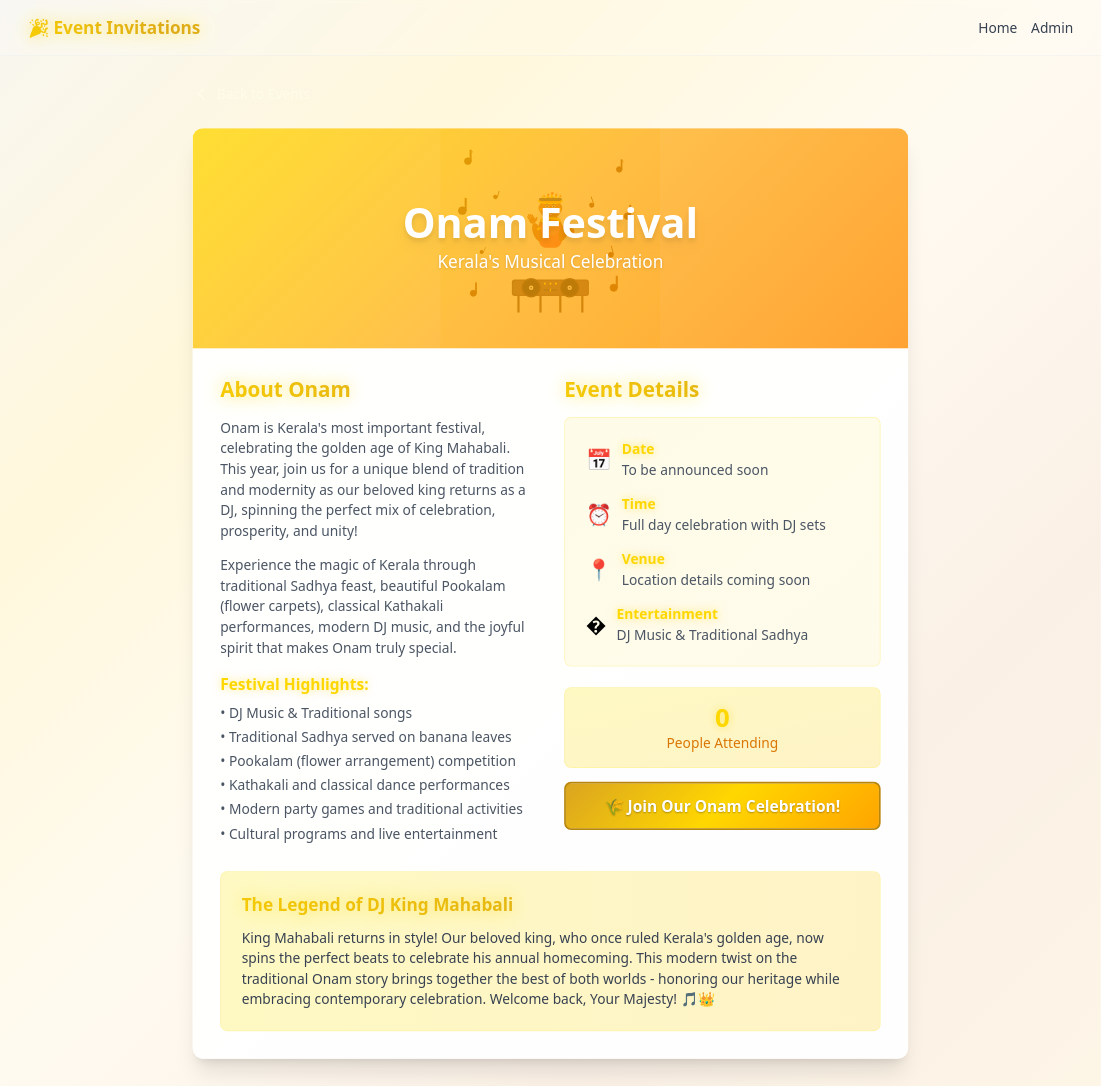
Repository: nanduldas/invitation
Page: http://localhost/event/onam
An editor plug-in stored every save of this project. The page is shown before and after the next save, followed by the edit.
The browser window is 1280 px wide. The pictures show the whole page, at 86% of full size.
Some web libraries are served in a nearby version. The page is served by the project's Laravel application, run on PHP 8.4 with Laravel 12. Other server files are loaded and not shown. Queries for data that is not in the repository find no rows.

Above is the page before, as saved 2025-08-30 13:49:40.

### routes/web.php
<?php

use Illuminate\Support\Facades\Route;
use App\Http\Controllers\EventController;

Route::get('/', [EventController::class, 'index'])->name('home');
Route::get('/event/{event}', [EventController::class, 'show'])->name('event.show');
Route::post('/register', [EventController::class, 'register'])->name('register');
Route::get('/admin/attendees', [EventController::class, 'admin'])->name('admin.attendees');

### app/Http/Controllers/EventController.php
<?php

namespace App\Http\Controllers;

use Illuminate\Http\Request;
use App\Models\Attendee;
use Illuminate\Support\Facades\Validator;

class EventController extends Controller
{
    public function index()
    {
        $haldiCount = Attendee::forEvent('haldi')->count();
        $onamCount = Attendee::forEvent('onam')->count();

        return view('events.index', compact('haldiCount', 'onamCount'));
    }

    public function show($event)
    {
        if (!in_array($event, ['haldi', 'onam'])) {
            abort(404);
        }

        $attendeesCount = Attendee::forEvent($event)->count();

        return view('events.show', compact('event', 'attendeesCount'));
    }

    public function register(Request $request)
    {
        $validator = Validator::make($request->all(), [
            'name' => 'required|string|max:255',
            'phone' => 'required|string|max:20',
            'event' => 'required|in:haldi,onam'
        ]);

        if ($validator->fails()) {
            return response()->json([
                'success' => false,
                'message' => 'Please fill all fields correctly.'
            ], 422);
        }

        // Check if attendee already exists based on phone number
        $existingAttendee = Attendee::where('phone', $request->phone)->first();

        if ($existingAttendee) {
            return response()->json([
                'success' => true,
                'message' => 'You are already on our list, thank you! 🎉',
                'attendee_count' => Attendee::forEvent($request->event)->count()
            ]);
        }

        // Create new attendee
        $attendee = Attendee::create([
            'name' => $request->name,
            'phone' => $request->phone,
            'event' => $request->event
        ]);

        $attendeeCount = Attendee::forEvent($request->event)->count();

        return response()->json([
            'success' => true,
            'message' => "Welcome to our celebration, {$request->name}! 🌟 We're excited to have you join us!",
            'attendee_count' => $attendeeCount
        ]);
    }

    public function admin()
    {
        $haldiAttendees = Attendee::forEvent('haldi')->get();
        $onamAttendees = Attendee::forEvent('onam')->get();

        return view('admin.attendees', compact('haldiAttendees', 'onamAttendees'));
    }
}

### app/Models/Attendee.php
<?php

namespace App\Models;

use Illuminate\Database\Eloquent\Model;

class Attendee extends Model
{
    protected $fillable = [
        'name',
        'phone',
        'event'
    ];

    protected $casts = [
        'event' => 'string'
    ];

    public function scopeForEvent($query, $event)
    {
        return $query->where('event', $event);
    }
}

### resources/views/events/show.blade.php
@extends('layouts.app')

@section('title', ucfirst($event) . ' Event Details')

@section('content')
<div class="max-w-4xl mx-auto px-4 sm:px-6 lg:px-8">
    <!-- Back Button -->
    <div class="mb-6">
        <a href="{{ route('home') }}" class="inline-flex items-center text-yellow-50 hover:text-white transition-colors">
            <svg class="w-5 h-5 mr-2" fill="none" stroke="currentColor" viewBox="0 0 24 24">
                <path stroke-linecap="round" stroke-linejoin="round" stroke-width="2" d="M15 19l-7-7 7-7"></path>
            </svg>
            Back to Events
        </a>
    </div>

    @if($event === 'haldi')
        <!-- Haldi Event Details -->
        <div class="bg-white/95 rounded-xl shadow-xl overflow-hidden">
            <div class="bg-haldi-theme h-64 relative">
                <div class="haldi-overlay h-full flex items-center justify-center">
                    <div class="text-center text-white">
                        <h1 class="text-4xl md:text-5xl font-bold drop-shadow-lg">Haldi Ceremony</h1>
                        <p class="text-xl mt-2 drop-shadow">Golden Sunflower Blessings</p>
                    </div>
                </div>
            </div>

            <div class="p-8">
                <div class="grid md:grid-cols-2 gap-8 mb-8">
                    <div>
                        <h2 class="text-2xl font-bold text-gold-shining mb-4">About the Ceremony</h2>
                        <p class="text-gray-600 mb-4">
                            The Haldi ceremony is one of the most cherished pre-wedding rituals in Indian culture.
                            This beautiful tradition involves applying turmeric paste to the bride and groom,
                            symbolizing purification, protection, and the blessing of a bright future together.
                        </p>
                        <p class="text-gray-600 mb-4">
                            Join us in our enchanting sunflower garden setting for an afternoon filled with golden
                            sunshine, laughter, music, traditional songs, and the warm embrace of family and friends.
                            The golden glow of both turmeric and sunflowers will bless the couple as they prepare
                            for their new journey.
                        </p>

                        <h3 class="text-lg font-semibold text-gold mb-2">What to Expect:</h3>
                        <ul class="text-gray-600 space-y-1">
                            <li>• Traditional turmeric application ceremony</li>
                            <li>• Beautiful sunflower garden decorations</li>
                            <li>• Music and dancing</li>
                            <li>• Delicious Indian snacks and sweets</li>
                            <li>• Photography in the sunflower setting</li>
                            <li>• Warm, festive golden atmosphere</li>
                        </ul>
                    </div>

                    <div>
                        <h2 class="text-2xl font-bold text-gold-shining mb-4">Event Details</h2>
                        <div class="bg-gradient-to-br from-yellow-50 to-amber-50 rounded-lg p-6 space-y-4 border border-yellow-200/50">
                            <div class="flex items-center">
                                <span class="text-2xl mr-3">📅</span>
                                <div>
                                    <div class="font-semibold text-gold">Date</div>
                                    <div class="text-gray-600">03 September 2025</div>
                                </div>
                            </div>
                            <div class="flex items-center">
                                <span class="text-2xl mr-3">⏰</span>
                                <div>
                                    <div class="font-semibold text-gold">Time</div>
                                    <div class="text-gray-600">2PM to 5PM</div>
                                </div>
                            </div>
                            <div class="flex items-center">
                                <span class="text-2xl mr-3">📍</span>
                                <div>
                                    <div class="font-semibold text-gold">Venue</div>
                                <a href="https://maps.app.goo.gl/8pJX4TCWVV1bqgzKA" target="_blank" class="text-gold hover:text-gold-shining underline">View Location on Map</a></p>

                                </div>
                            </div>
                            <div class="flex items-center">
                                <span class="text-2xl mr-3">👗</span>
                                <div>
                                    <div class="font-semibold text-gold">Dress Code</div>
                                    <div class="text-gray-600">Traditional Indian wear preferred (Yellow)</div>
                                </div>
                            </div>
                        </div>

                        <div class="mt-6 text-center">
                            <div class="bg-gradient-to-br from-yellow-100 to-amber-100 rounded-lg p-4 mb-4 border border-yellow-200/50">
                                <div class="text-3xl font-bold text-gold attendee-count" data-event="haldi">{{ $attendeesCount }}</div>
                                <div class="text-amber-600">People Attending</div>
                            </div>
                            <button onclick="openModal('haldi')"
                                    class="w-full px-6 py-3 btn-gold rounded-lg text-lg font-semibold">
                                🎉 I'm Attending This Celebration!
                            </button>
                        </div>
                    </div>
                </div>

                <div class="bg-gradient-to-r from-yellow-100 to-amber-100 rounded-lg p-6 border border-yellow-200/50">
                    <h3 class="text-xl font-bold text-gold-shining mb-3">Traditional Significance</h3>
                    <p class="text-gray-700">
                        Turmeric has been used in Indian ceremonies for thousands of years. It's believed to bring
                        good luck, ward off evil, and promote health and prosperity. The Haldi ceremony is not just
                        a ritual, but a celebration of love, family bonds, and the beginning of a beautiful journey.
                    </p>
                </div>
            </div>
        </div>
    @else
        <!-- Onam Event Details -->
        <div class="bg-white/95 rounded-xl shadow-xl overflow-hidden">
            <div class="bg-onam-theme h-64 relative">
                <div class="onam-overlay h-full flex items-center justify-center">
                    <div class="text-center text-white">
                        <h1 class="text-4xl md:text-5xl font-bold drop-shadow-lg">Onam Festival</h1>
                        <p class="text-xl mt-2 drop-shadow">Kerala's Musical Celebration</p>
                    </div>
                </div>
            </div>

            <div class="p-8">
                <div class="grid md:grid-cols-2 gap-8 mb-8">
                    <div>
                        <h2 class="text-2xl font-bold text-gold-shining mb-4">About Onam</h2>
                        <p class="text-gray-600 mb-4">
                            Onam is Kerala's most important festival, celebrating the golden age of King Mahabali.
                            This year, join us for a unique blend of tradition and modernity as our beloved king
                            returns as a DJ, spinning the perfect mix of celebration, prosperity, and unity!
                        </p>
                        <p class="text-gray-600 mb-4">
                            Experience the magic of Kerala through traditional Sadhya feast, beautiful Pookalam
                            (flower carpets), classical Kathakali performances, modern DJ music, and the
                            joyful spirit that makes Onam truly special.
                        </p>

                        <h3 class="text-lg font-semibold text-gold mb-2">Festival Highlights:</h3>
                        <ul class="text-gray-600 space-y-1">
                            <li>• DJ Music & Traditional songs</li>
                            <li>• Traditional Sadhya served on banana leaves</li>
                            <li>• Pookalam (flower arrangement) competition</li>
                            <li>• Kathakali and classical dance performances</li>
                            <li>• Modern party games and traditional activities</li>
                            <li>• Cultural programs and live entertainment</li>
                        </ul>
                    </div>                    <div>
                        <h2 class="text-2xl font-bold text-gold-shining mb-4">Event Details</h2>
                        <div class="bg-gradient-to-br from-yellow-50 to-amber-50 rounded-lg p-6 space-y-4 border border-yellow-200/50">
                            <div class="flex items-center">
                                <span class="text-2xl mr-3">📅</span>
                                <div>
                                    <div class="font-semibold text-gold">Date</div>
                                    <div class="text-gray-600">To be announced soon</div>
                                </div>
                            </div>
                            <div class="flex items-center">
                                <span class="text-2xl mr-3">⏰</span>
                                <div>
                                    <div class="font-semibold text-gold">Time</div>
                                    <div class="text-gray-600">Full day celebration with DJ sets</div>
                                </div>
                            </div>
                            <div class="flex items-center">
                                <span class="text-2xl mr-3">📍</span>
                                <div>
                                    <div class="font-semibold text-gold">Venue</div>
                                    <div class="text-gray-600">Location details coming soon</div>
                                </div>
                            </div>
                            <div class="flex items-center">
                                <span class="text-2xl mr-3">�</span>
                                <div>
                                    <div class="font-semibold text-gold">Entertainment</div>
                                    <div class="text-gray-600">DJ Music & Traditional Sadhya</div>
                                </div>
                            </div>
                        </div>

                        <div class="mt-6 text-center">
                            <div class="bg-gradient-to-br from-yellow-100 to-amber-100 rounded-lg p-4 mb-4 border border-yellow-200/50">
                                <div class="text-3xl font-bold text-gold attendee-count" data-event="onam">{{ $attendeesCount }}</div>
                                <div class="text-amber-600">People Attending</div>
                            </div>
                            <button onclick="openModal('onam')"
                                    class="w-full px-6 py-3 btn-gold rounded-lg text-lg font-semibold">
                                🌾 Join Our Onam Celebration!
                            </button>
                        </div>
                    </div>
                </div>

                <div class="bg-gradient-to-r from-yellow-100 to-amber-100 rounded-lg p-6 border border-yellow-200/50">
                    <h3 class="text-xl font-bold text-gold-shining mb-3">The Legend of DJ King Mahabali</h3>
                    <p class="text-gray-700">
                        King Mahabali returns in style! Our beloved king, who once ruled Kerala's golden age,
                        now spins the perfect beats to celebrate his annual homecoming. This modern twist on
                        the traditional Onam story brings together the best of both worlds - honoring our
                        heritage while embracing contemporary celebration. Welcome back, Your Majesty! 🎵👑
                    </p>
                </div>
            </div>
        </div>
    @endif
</div>
@endsection

Loaded but not shown: app/Http/Controllers/Controller.php (common file); public/images/onam-dj-mahabali.svg (208 lines, source omitted); resources/views/layouts/app.blade.php (225 lines, source omitted)

After the next save:
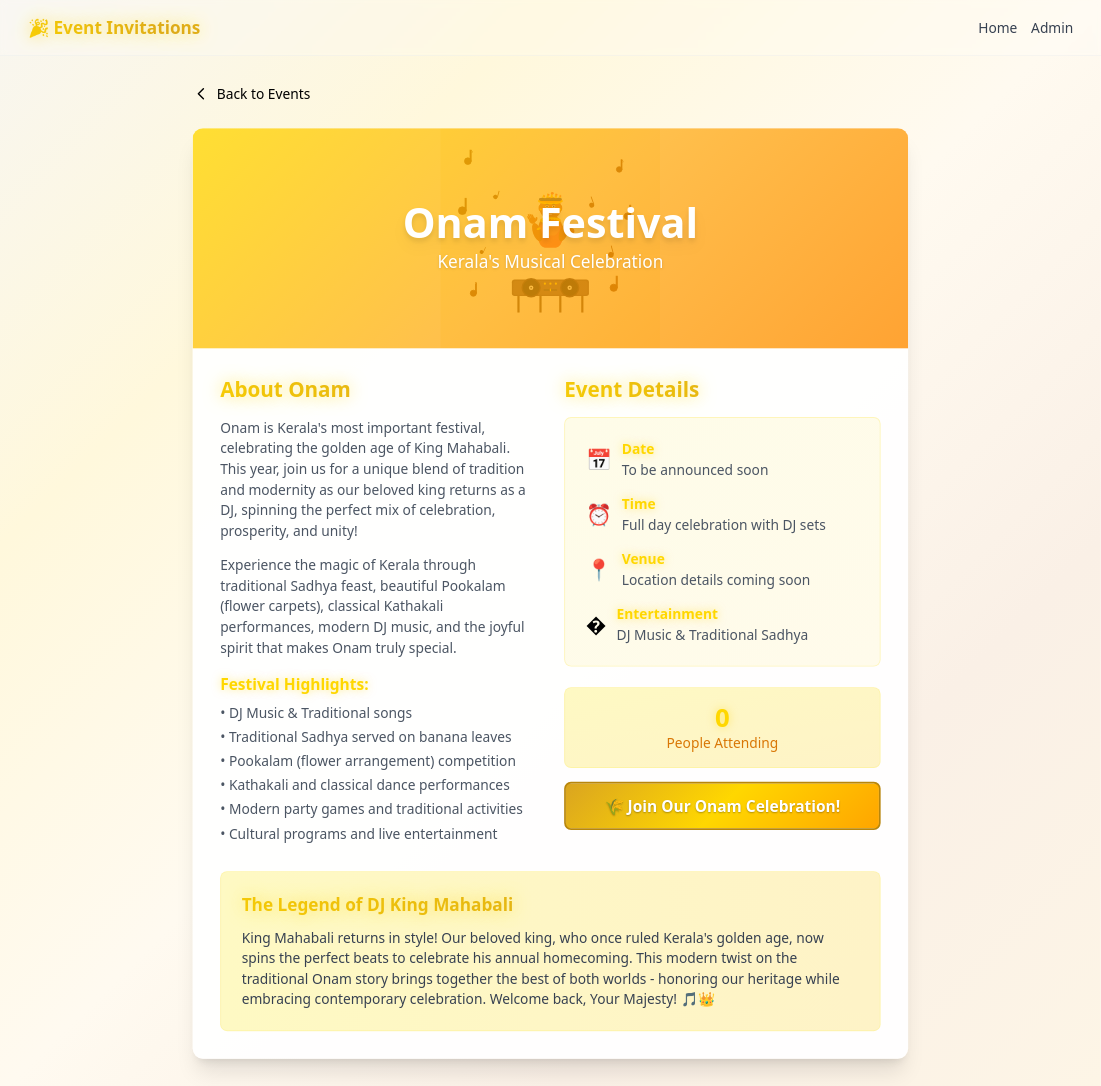
Saved 17 s later.
--- a/resources/views/events/show.blade.php
+++ b/resources/views/events/show.blade.php
@@ -6,7 +6,7 @@
 <div class="max-w-4xl mx-auto px-4 sm:px-6 lg:px-8">
     <!-- Back Button -->
     <div class="mb-6">
-        <a href="{{ route('home') }}" class="inline-flex items-center text-yellow-50 hover:text-white transition-colors">
+        <a href="{{ route('home') }}" class="inline-flex items-center text-black hover:text-white transition-colors">
             <svg class="w-5 h-5 mr-2" fill="none" stroke="currentColor" viewBox="0 0 24 24">
                 <path stroke-linecap="round" stroke-linejoin="round" stroke-width="2" d="M15 19l-7-7 7-7"></path>
             </svg>
